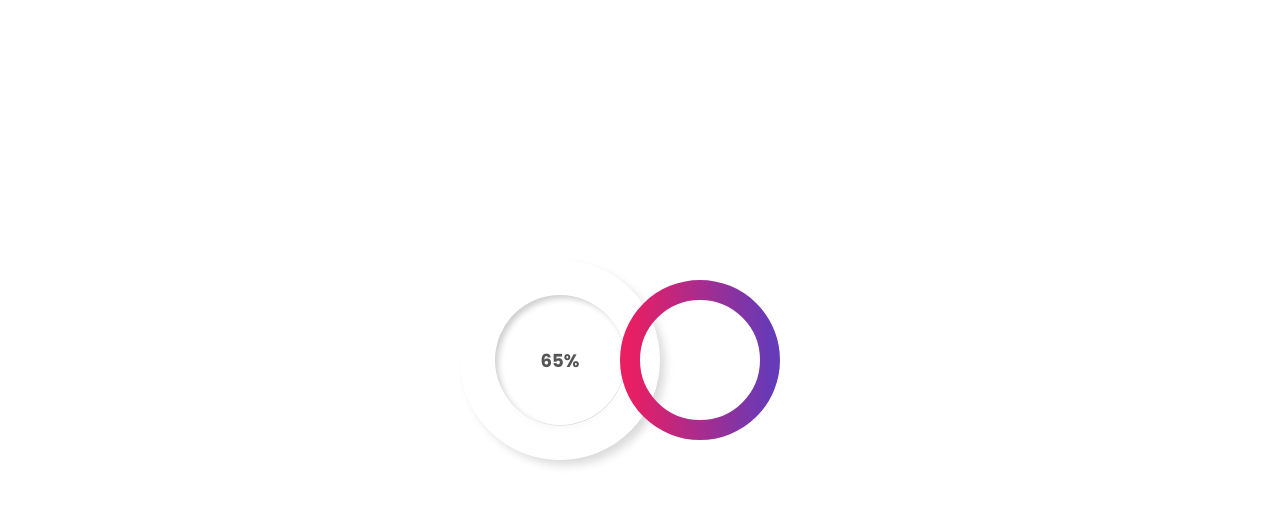
Repository: Ankitkr2021/Loader-Spinner
Page: index.html
These files come from the project's save history. The page is drawn as it stood at one moment and after the next save; the edit follows.
The browser window is 1280 px wide. The pictures show the whole page.

Above is the page before, as saved 2025-10-21 13:23:12.

### index.html
<!DOCTYPE html>
<html lang="en">
<head>
    <meta charset="UTF-8">
    <meta name="viewport" content="width=device-width, initial-scale=1.0">
    <title>Progress bar</title>
    <link rel="stylesheet" href="./style.css">
</head>
<body>
    <div class="circle">
        <div class="innercircle">
            <div id="number">65%</div>
        </div>
    </div>

    <svg xmlns="http://www.w3.org/2000/svg" version="1.1" width="160px" height="160px">
         <defs>
            <linearGradient id="GradientColor">
               <stop offset="0%" stop-color="#e91e63" />
               <stop offset="100%" stop-color="#673ab7" />
            </linearGradient>
         </defs>
         <circle cx="80" cy="80" r="70" stroke-linecap="round" />
 </svg>
</body>
</html>

### style.css
@import url('https://fonts.googleapis.com/css2?family=Poppins:wght@400;700&display=swap');

*{
    margin: 0;
    padding: 0;
    box-sizing: border-box;
    font-family: "Poppins",sans-serif;
}

body {
    display: flex;
    align-items: center;
    justify-content: center;
    height: 100vh;
    width: 100%;
}

.circle{
    width: 200px;
    height: 200px;
    border-radius: 50%;
    padding: 35px;
    box-shadow: 6px 6px 10px -1px rgba(0,0,0,0.15),
                -6px -6px 10px -1px rgba(255,255,255,0.7);
}


.innercircle {
    width: 130px;
    height: 130px;
    border-radius: 50%;
    box-shadow: inset 4px 4px 6px -1px rgba(0,0,0,0.2),
                inset -4px -4px 6px -1px rgba(255,255,255,0.7), -0.5px -0.5px 0px rgba(255,255,255,1),  0.5px 0.5px 0px rgba(0,0,0,0.15), 0px 12px 10px -10px rgba(0,0,0,0.05);
}

#number {
    /* text-align: /center; */
     display: flex;
    align-items: center;
    justify-content: center;
    height: 100%;
    font-size: 18px;
    font-weight: 600;
    color: #555;
}

circle {
    fill: none;
    stroke: url(#GradientColor);
    stroke-width: 20px;
    stroke-dasharray: 472;
    stroke-dashoffset: 0;
}

svg {
    position: relative;
    right: 40px;
}

After the next save:
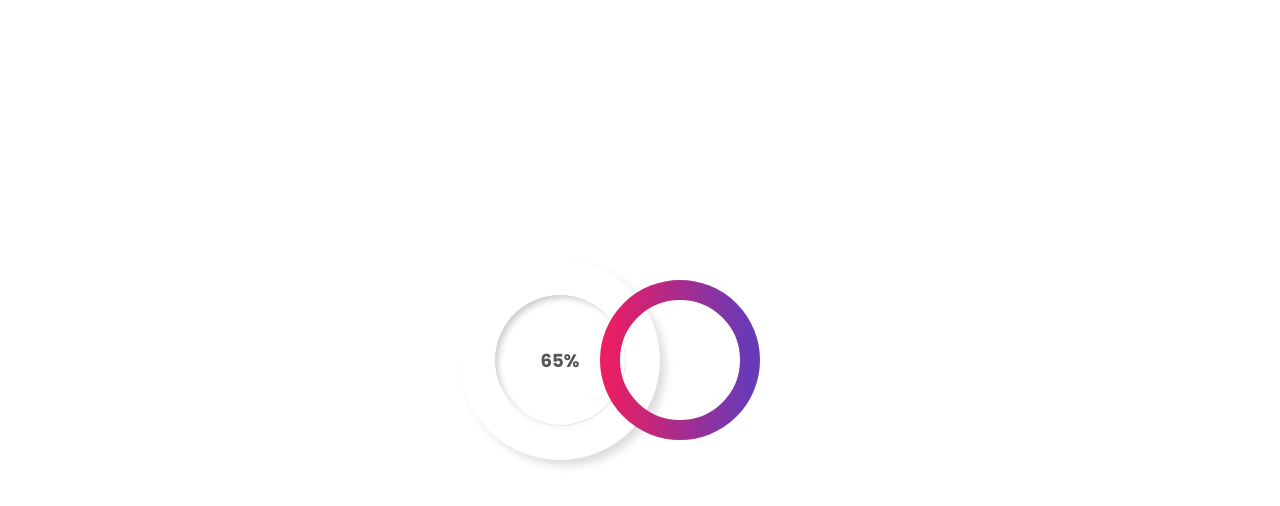
Saved 4 s later.
--- a/style.css
+++ b/style.css
@@ -54,5 +54,5 @@ circle {
 
 svg {
     position: relative;
-    right: 40px;
+    right: 60px;
 }
